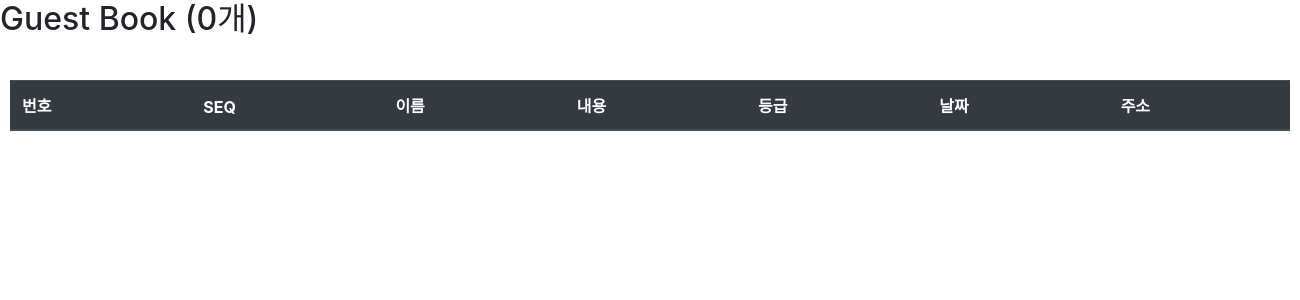
Repository: yerori/Eclipse
Page: http://localhost/ServletGuest/guestbook/list.gb
The author's editor kept a copy of each file at every save. The page is drawn from the files as they stood at one save, then again after the next save.
The browser window is 1280 px wide. The page is 1290 px wide, then 1300 px, so the pictures cover 1300 px, including what lies to the right of the window. The pictures show the whole page.
The page is served by Tomcat 9. Queries for data that is not in the repository find no rows.

Above is the page before, as saved 2020-08-06 00:34:03.
Console error (its wording comes from the project's code and is left out).

After the next save:
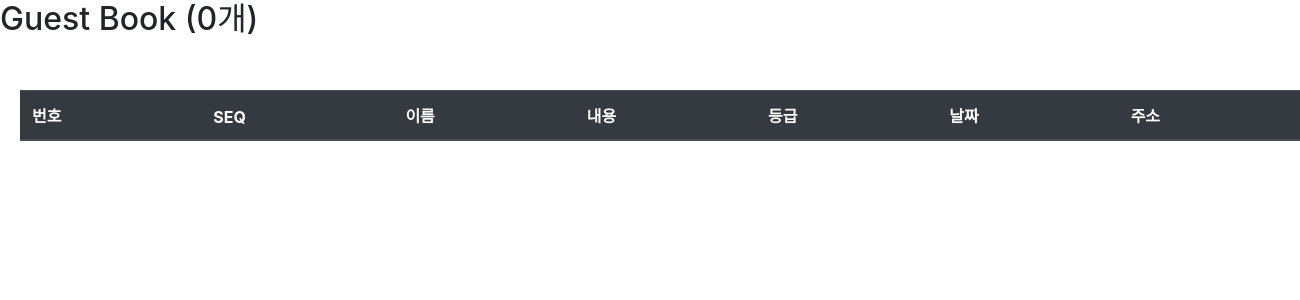
Saved 39 s later.
--- a/ServletGuest/WebContent/guestbook/listResult.jsp
+++ b/ServletGuest/WebContent/guestbook/listResult.jsp
@@ -10,7 +10,7 @@
 
 
 <h2>Guest Book (${count }개)</h2><br>
-<table class="table" style="margin:10px">
+<table class="table" style="margin:20px">
   <thead class="thead-dark">
     <tr>
      <th scope="col">번호</th>
